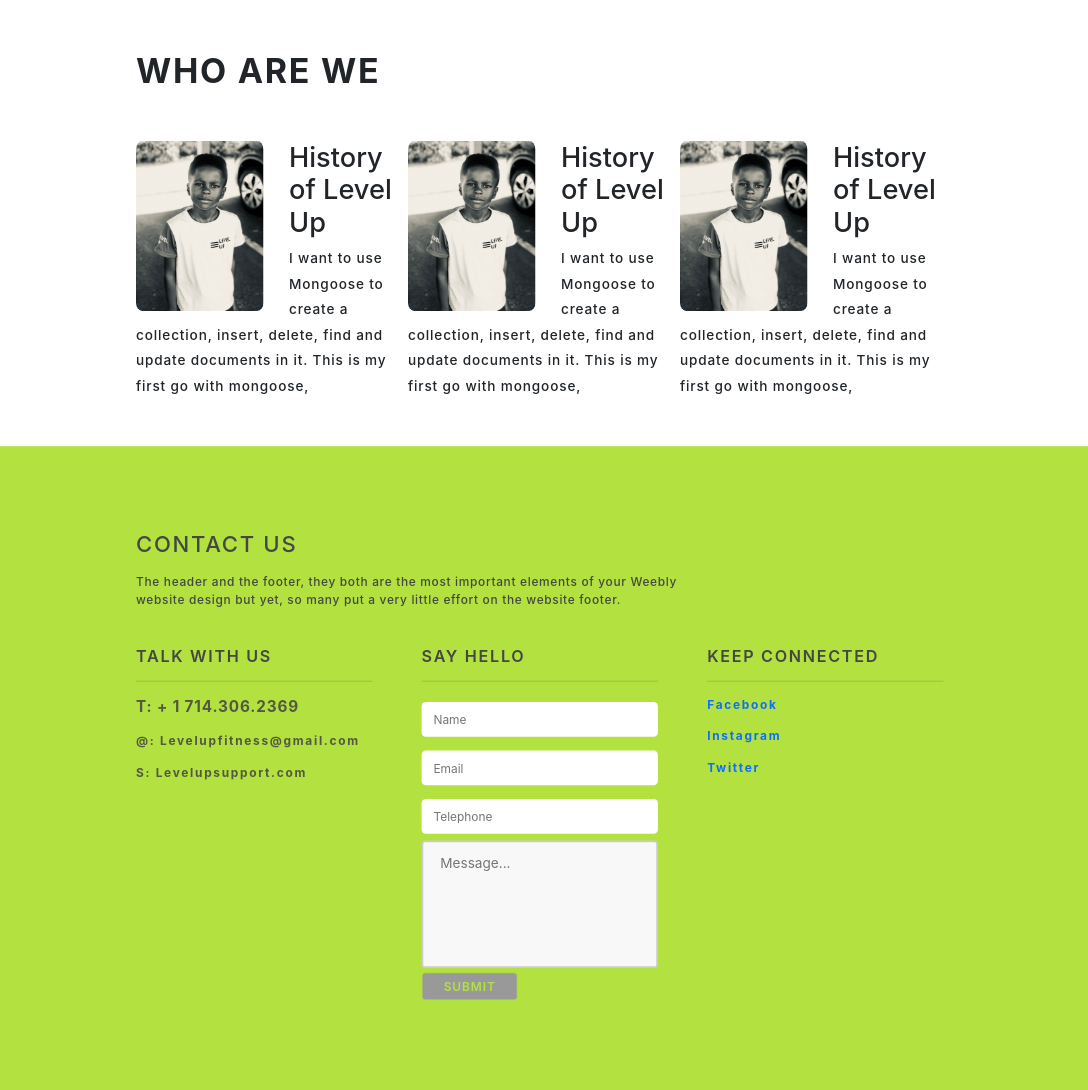
Repository: Bojurie/Level-up
Page: /about (app in client/)
The author's editor kept a copy of each file at every save. The page is drawn from the files as they stood at one save, then again after the next save.
The browser window is 1280 px wide. The pictures show the part of the page from y = 314 to 1596 px (the page is 1596 px tall), at 85% of full size.
Some web fonts or font styles are not loaded; a fallback is used. Some web libraries are served in a nearby version. The project was rebuilt for these pictures with package versions that can differ from the ones it lists, and the page was loaded fresh each time. Also part of the build but not shown: client/src/components/Carousel.js, client/src/components/HomeVlog.css, client/src/components/HomeVlog.js, client/src/components/homeProducts.css, client/src/components/HomeProducts.js, client/src/components/Card.js, client/src/components/HomeShop.css, client/src/components/HomeShop.js and 10 more. Imported but missing from the stored project, and not drawn on this page: client/src/components/Chart.

Above is the page before, as saved 2022-11-30 06:58:46.

### client/public/index.html
<!DOCTYPE html>
<html lang="en">
  <head>
    <meta charset="utf-8" />
    <link rel="icon" href="%PUBLIC_URL%/favicon.ico" />
    <meta name="viewport" content="width=device-width, initial-scale=1" />
    <meta name="theme-color" content="#000000" />
    <meta
      name="description"
      content="Web site created using create-react-app"
    />
    <link rel="apple-touch-icon" href="%PUBLIC_URL%/logo192.png" />
    <link rel="manifest" href="%PUBLIC_URL%/manifest.json" />

    <link rel="preconnect" href="https://fonts.googleapis.com" />
    <link rel="preconnect" href="https://fonts.gstatic.com" crossorigin />
    <link
      href="https://fonts.googleapis.com/css2?family=Asap+Condensed:ital,wght@0,400;0,500;1,400&family=Chivo:wght@300;400&family=Jura:wght@300;400;500;600;700&family=Lato:ital,wght@0,400;0,700;1,400&family=Nunito+Sans:wght@400;600&family=Oswald:wght@300;500;700&family=Playball&family=Roboto:ital,wght@0,400;0,500;1,500&family=Wallpoet&display=swap"
      rel="stylesheet"
    />

    <link
      rel="stylesheet"
      href="https://cdn.jsdelivr.net/npm/bootstrap@5.1.3/dist/css/bootstrap.min.css"
      integrity="sha384-1BmE4kWBq78iYhFldvKuhfTAU6auU8tT94WrHftjDbrCEXSU1oBoqyl2QvZ6jIW3"
      crossorigin="anonymous"
    />
    <script
      src="https://kit.fontawesome.com/5ffdb52964.js"
      crossorigin="anonymous"
    ></script>
    <title>React App</title>
    <script
      src="https://kit.fontawesome.com/5ffdb52964.js"
      crossorigin="anonymous"
    ></script>
  </head>
  <body>
    <noscript>You need to enable JavaScript to run this app.</noscript>
    <div id="root"></div>
    <!--
      This HTML file is a template.
      If you open it directly in the browser, you will see an empty page.

      You can add webfonts, meta tags, or analytics to this file.
      The build step will place the bundled scripts into the <body> tag.

      To begin the development, run `npm start` or `yarn start`.
      To create a production bundle, use `npm run build` or `yarn build`.
    -->
  </body>
</html>

### client/src/App.js
import React from 'react';
// import { BrowserRouter as Router, Route, Routes } from 'react-router-dom';
import { BrowserRouter as Router, Route, Routes} from 'react-router-dom'


import Home from './pages/Home';
import About from './pages/About';
import Shop from './pages/Shop';
import Contact from './pages/Contact';
import Navbar from './components/Navbar';
import Footer from './components/Footer';
import LogIn from './pages/LogIn';
import Register from './pages/Register';
import Chart from './components/Chart';
import Vlog from './pages/Vlog';

import {DataProvider} from './components/Context'


function App() {

  return (
        <Router>
          <DataProvider>
          <Navbar />
          <Routes>
              <Route path='/' element={<Home />} />
              <Route path='/about' element={<About />} />
              <Route path='/contact' element={<Contact />} />
              <Route path='/shop' element={<Shop />} />
              <Route path='/vlog' element={<Vlog />} />
              <Route path='/login' element={<LogIn/>} />
              <Route path='/register' element={<Register />} />
              <Route path='/chart' element={<Chart/>} />
          </Routes>
          <Footer />
          </DataProvider>
        </Router>
  );
}

export default App;

### client/src/pages/About.js
import React from 'react';
import './About.css';

import DarkImage from '../images/IMG_5367.jpg'
import { FormTitle } from '../components/FormTitle';
const imgse = DarkImage;

const About = () => {

  return (
    <div className='about'>
    <FormTitle className="sign-in-form__title" />
      <div className=''>
          <div className='aboutContainer'>
            <h1> Who Are We </h1>
            <div className='aboutContent'>
              <div className='aboutParagraph'>
                <div className='AboutUs-content'>
                    <div className='AboutHistory'>
                        <div className='history-img'>
                            <img src={imgse} alt='img'/>
                        </div>
                        <div className='history-content'>
                          <h2>History of Level Up</h2>
                          <p>I want to use Mongoose to create a collection, insert, delete, find and update documents in it. This is my first go with mongoose,</p>
                        </div>
                    </div>
                    <div className='AboutGoal'>
                        <div className='history-img'>
                            <img src={imgse} alt='img'/>
                        </div>
                        <div className='history-content'>
                          <h2>History of Level Up</h2>
                          <p>I want to use Mongoose to create a collection, insert, delete, find and update documents in it. This is my first go with mongoose,</p>
                        </div>
                    </div>
                    <div className='Aboutproduct'>
                        <div className='history-img'>
                            <img src={imgse} alt='img'/>
                        </div>
                        <div className='history-content'>
                          <h2>History of Level Up</h2>
                          <p>I want to use Mongoose to create a collection, insert, delete, find and update documents in it. This is my first go with mongoose,</p>
                        </div>
                    </div>

                </div>



              </div>
            </div>
          </div>
      </div>
    </div>
  );
}

export default About;

### client/src/components/Navbar.js
import React from 'react';
import { Link } from 'react-router-dom';

import './Navbar.css'
import Logo from '../images/Logo.png'



const Navbar = () => {
  return (
    <nav className='navbar'>
      <div className='navbar-wrapper'>
        <Link to='/' className='logo'>
            <img src={Logo} alt='logo' />
        </Link>
        <ul className='navbar-links'>
            <Link to='/' >Home </Link>
            <Link to='/shop'> Shop</Link>
            <Link to='/Vlog'> V-Log</Link>
            <Link to='/about'> About</Link>
            <Link to='/contact'> Contact</Link>
            <Link to='/login'> Login </Link>
            <Link to='/register'>SignUp</Link>
            <Link to='/chart'><i class="fa-solid fa-cart-shopping"></i></Link>

        </ul>
      </div>

    </nav>
  );
}

export default Navbar;

### client/src/components/Footer.js
import React from 'react';
import { Link } from 'react-router-dom';
  import { FontAwesomeIcon } from '@fortawesome/react-fontawesome'
  import { instagram } from '@fortawesome/free-solid-svg-icons'

import './Footer.css';

const Footer = () => {
  return (
    <div className='footer'>
      <div className='footer-wrapper'>
        <div className='footer-header-wrapper'>
          <div className='footer-header'>
            <h1>Contact Us</h1>
          </div>
          <div className='footer-paragraph'>
            <p>The header and the footer, they both are the most important elements of your Weebly website design but yet, so many put a very little effort on the website footer.</p>
          </div>

        </div>
        <div className='footer-nav-content'>
            <div className='footer-navs-left'>
              <h3>Talk With Us</h3><hr/>
              <div className='footer-contact'>
                <div className='tel'>
                  <p>T: + 1 714.306.2369</p>
                </div>
                <div className='email'>
                  <p>@: Levelupfitness@gmail.com</p>
                </div>
                <div className='support'>
                  <p>S: Levelupsupport.com</p>
                </div>

              </div>

            </div>
            <div className='footer-navs-middle'>
                <h3>Say Hello</h3><hr/>
              <div className='footer-form'>

                  <form className='form'>
                    <input type='text' placeholder=' Name' />
                    <input type='text' placeholder=' Email' />
                    <input type='text' placeholder=' Telephone' />
                    <textarea placeholder='Message...' />
                  </form>
                  <div className='form-btn'>
                    <input type='submit' placeholder='' />
                  </div>

              </div>
            </div>
            <div className='footer-navs-right'>
              <h3>Keep Connected</h3><hr/>
              <div className='social-media'>
                <p><Link to='/'>Facebook</Link></p>
                <p><Link to='/'><FontAwesomeIcon icon="fa-brands fa-instagram" /> Instagram</Link></p>
                <p><Link to='/'>Twitter</Link></p>

              </div>

            </div>
        </div>


      </div>
    </div>
  );
}

export default Footer;

### client/src/pages/About.css
.aboutContainer h1 {
  padding: 20px 0 50px 0;
  text-transform: uppercase;
  font-weight: bold;
  letter-spacing: 2px;
}

.aboutContainer {
  padding: 40px 160px;
}

.aboutParagraph p {
  letter-spacing: 1px;
  line-height: 30px;
  font-weight: 500;
}

.aboutParagraph img {
 width: 150px;
  border-radius: 5%;
  float: left;
  margin: 0 30px 0 0;
}

.AboutUs-content {
  display: flex;
}

### client/src/components/FormTitle.js
import React from "react";
import './FormTitle.css';

export function FormTitle(props) {
  const { className, text } = props;
  return <h1 className={`${className} form-title`}>{text}</h1>;
}

### client/src/components/Navbar.css
.logo img {
  width: 250px;
}

.navbar {
  padding-top: 0;
  display: contents;
}

.navbar-wrapper {
  display: flex;
  /* justify-content: center; */
  align-items: center;
  height: 90px;
  background: #b3e140;
  padding: 0 50px;
  justify-content: space-between;
}

.navbar-links {
  margin-bottom: 0;
}

.navbar-links a {
  font-size: 14px;
  letter-spacing: 2px;
  font-weight: 700;
  text-transform: capitalize;
  margin: 0 10px;
  color: rgb(68, 72, 67);

}

a {
  list-style: none;
  text-decoration: none;
}

### client/src/components/Footer.css
.footer {
  background-color: #b3e140;
      font-size: 14px;
    letter-spacing: 2px;
    font-weight: 700;

    color: rgb(68, 72, 67);
}
.footer-header h1 {
 font-size: 26px;
 text-transform: uppercase;
 letter-spacing: 2px;
}

.footer-navs {
  text-decoration: none;
  list-style-type: none;

}
.footer-navs li{
  padding: 10px 0;
  letter-spacing: 1px;
  text-transform: uppercase;
  font-weight: 600;

}
.footer-wrapper {
  padding: 100px 160px;
}

.footer-contact {



}
.footer-nav-content p {
 color: #424141db;
}
.footer-contact > .tel p{
    font-size: 18px;
    letter-spacing: 1px;

}
.footer-contact > .email p{
    font-size: 14px;
    /* letter-spacing: 2px; */
}
.footer-contact > .support p{
    font-size: 14px;
    letter-spacing: 2px;
}
.footer-paragraph {
  width: 70%;
  letter-spacing: .8px;
  font-weight: 500;
  padding: 10px 0;
}
.footer-wrapper h3{
 text-transform: uppercase;
 letter-spacing: 2px;
 font-size: 19px;
 font-weight: 600;

}

.footer-nav-content {
  display: flex;
  justify-content: space-between;
}



.footer-navs-left,
.footer-navs-middle,
.footer-navs-right{

  padding: 20px 10px 0 0;
  border-radius: 10px;
}

.footer-form {
  background-color: none !important;
}

/* footer Left section */
.footer-navs-left {
  width: 30%;
}

/* footer Middle section */
.footer-navs-middle {
 width: 30%;
}

.form {
  display: grid;
}
.form input {
  padding: 10px ;
  margin: 8px 0;
  border-radius: 5px;
  border: none;
}
.form input:focus {
  border: none;
}

.form textarea {
   width: 100%;
  height: 150px;
  padding: 12px 20px;
  box-sizing: border-box;
  border: 2px solid #ccc;
  border-radius: 4px;
  background-color: #f8f8f8;
  font-size: 16px;
  resize: none;
}
.form input:active {

  border: 1px solid rgb(241, 234, 234);

}
.form-btn {

}
.form-btn input {
     padding: 5px 25px;
    margin: 5px 0;
    border-radius: 4px;
    background-color: #999999;
    border: 1px solid  #b3e140;
    color: #b3e140;
    letter-spacing: 1.1px;
    font-weight: 600;
    text-transform: uppercase;
}

.footer-navs-right {
  width: 30%;
}

### client/src/components/Carousel.css
 .d-block {
   width: 100%;
   /* object-fit: cover; */
   /* object-position: 50% 50%; */
   /* background-size: contain;
   background-repeat: no-repeat; */
 }


 img {

   max-width: 100%;
   max-height: 100%;
   object-fit: cover;
   background-repeat: no-repeat;
 }

 .carousel-item img {
   width: 1000px;
   height: 500px;
 }

 .carousel-caption {
   top: 50%;
 }

 .carousel {
   object-fit: contain;
 }

### client/src/components/FormTitle.css
.form-title {
  font-size: 3rem;
  font-weight: 700;
  line-height: 2rem;
  margin: auto 0;
  color: white;
  background-image: url('https://images.unsplash.com/photo-1581397867105-8c988bd747e6?ixlib=rb-4.0.3&ixid=MnwxMjA3fDB8MHxwaG90by1wYWdlfHx8fGVufDB8fHx8&auto=format&fit=crop&w=1170&q=80') ;
    background-repeat: no-repeat;
  background-position: center;
  background-size: cover;
  padding: 7rem 0 7rem 10rem;
  letter-spacing: 5px;
  text-transform: uppercase;
  display: flex;
  justify-content: flex-start;

}
.form-title h1{


}


.shopForm-title {
 font-size: 3rem;
  font-weight: 700;
  line-height: 2rem;
  letter-spacing: 5px;
  text-transform: uppercase;
  display: flex;
  margin: auto 0;
   background-image: url('https://images.unsplash.com/photo-1581397867105-8c988bd747e6?ixlib=rb-4.0.3&ixid=MnwxMjA3fDB8MHxwaG90by1wYWdlfHx8fGVufDB8fHx8&auto=format&fit=crop&w=1170&q=80') ;
    background-repeat: no-repeat;
  background-position: center;
  background-size: cover;

  padding: 7rem 0 7rem 10rem;
  justify-content: flex-start;

}
.FormTitleLogin-title {
  font-size: 3rem;
  font-weight: 700;
  line-height: 2rem;
  padding: 6rem 0;
  letter-spacing: 5px;
  text-transform: uppercase;
  display: flex;
  justify-content: center;
  margin: auto 0;
   background-image: url('https://images.unsplash.com/photo-1609770231080-e321deccc34c?ixlib=rb-4.0.3&ixid=MnwxMjA3fDB8MHxwaG90by1wYWdlfHx8fGVufDB8fHx8&auto=format&fit=crop&w=765&q=80') ;
    background-repeat: no-repeat;
  background-position: center;
  background-size: cover;

}
.ContactForm-title {
 /* font-size: 3rem;
  font-weight: 700;
  line-height: 2rem;
  text-transform: uppercase; */
  display: flex;
  margin: auto 0;
   background-image: url('https://images.unsplash.com/photo-1587560699334-bea93391dcef?ixlib=rb-4.0.3&ixid=MnwxMjA3fDB8MHxwaG90by1wYWdlfHx8fGVufDB8fHx8&auto=format&fit=crop&w=1170&q=80') ;
    background-repeat: no-repeat;

 padding: 7rem 0 7rem 10rem;
  letter-spacing: 5px;
  justify-content: flex-start;

}
.RegisterForm-title {
  font-size: 3rem;
  font-weight: 700;
  line-height: 2rem;
  padding: 6rem 0;
  letter-spacing: 5px;
  text-transform: uppercase;
  display: flex;
  justify-content: center;
  margin: auto 0;
   background-image: url('https://images.unsplash.com/photo-1563906267088-b029e7101114?ixlib=rb-4.0.3&ixid=MnwxMjA3fDB8MHxwaG90by1wYWdlfHx8fGVufDB8fHx8&auto=format&fit=crop&w=1170&q=80') ;
    background-repeat: no-repeat;
  /* background-position: bottom; */
  /* background-size: cover; */
    /* background-attachment: */


}
.VlogForm_title h1{


}
.VlogForm_title {
  /* font-size: 3rem;
  font-weight: 700;
  line-height: 2rem; */
  padding: 7rem 0 7rem 10rem;
  letter-spacing: 5px;
  text-transform: uppercase;
  display: flex;
  justify-content: flex-start;
  margin: auto 0;
   background-image: url('https://images.unsplash.com/photo-1440778303588-435521a205bc?ixlib=rb-4.0.3&ixid=MnwxMjA3fDB8MHxwaG90by1wYWdlfHx8fGVufDB8fHx8&auto=format&fit=crop&w=1470&q=80') ;
    background-repeat: no-repeat;
  background-position: center;
  background-size: cover;

}

@media screen and (max-width: 414px) {
  .form-title {
    padding: 4rem 1rem;

  }

}

### client/src/components/auth/LoginForm.css
.loginForm-wrapper {
  text-align: center;
    justify-content: center;
    width: 600px;
    margin: auto;
    padding: 90px 0;

}
.login-header {
  text-transform: uppercase;
  letter-spacing: 2px;
  font-weight: 600;
}


form {
  display: grid;
}

.loginForm-header {
  font-size: 20px;
}

.loging
form input {
  margin: 5px 0;
  padding: 10px;
  border-radius: 10px;
  border: 1px solid white;
  background-color: rgba(243, 247, 255, 0.715) !important;
}
form input:focus{
  border: 2px solid green;
}
form > .loginBtn > input{
  padding: 8px;
  width: 100%;
  background-color:#999999!important;
  color: #ccf368;
  font-weight: 700;
  border: none;
  margin:5px 0 ;
  font-size: 20px;
  letter-spacing: 3px;
}

### client/src/components/auth/registerForm.css

.registerForm-wrapper {
  text-align: center;
    justify-content: center;
    width: 600px;
    margin: auto;
    padding: 90px 0;

}
.login-header {
  text-transform: uppercase;
  letter-spacing: 2px;
  font-weight: 600;
}


form {
  display: grid;
}

.loginForm-header {
  font-size: 20px;
}

.register
form input {
  margin: 5px 0;
  padding: 10px;
  border-radius: 10px;
  border: 1px solid white;

}
form input:focus{
  border: 2px solid green;
}
form > .loginBtn > input{
  padding: 8px;
  width: 100%;
  background-color: #b3e140 !;
  border: none;
  margin:5px 0 ;
}

Loaded but not shown: client/src/index.js (common file); client/src/index.css (common file); client/src/components/Context.js (77 lines, source omitted)

After the next save:
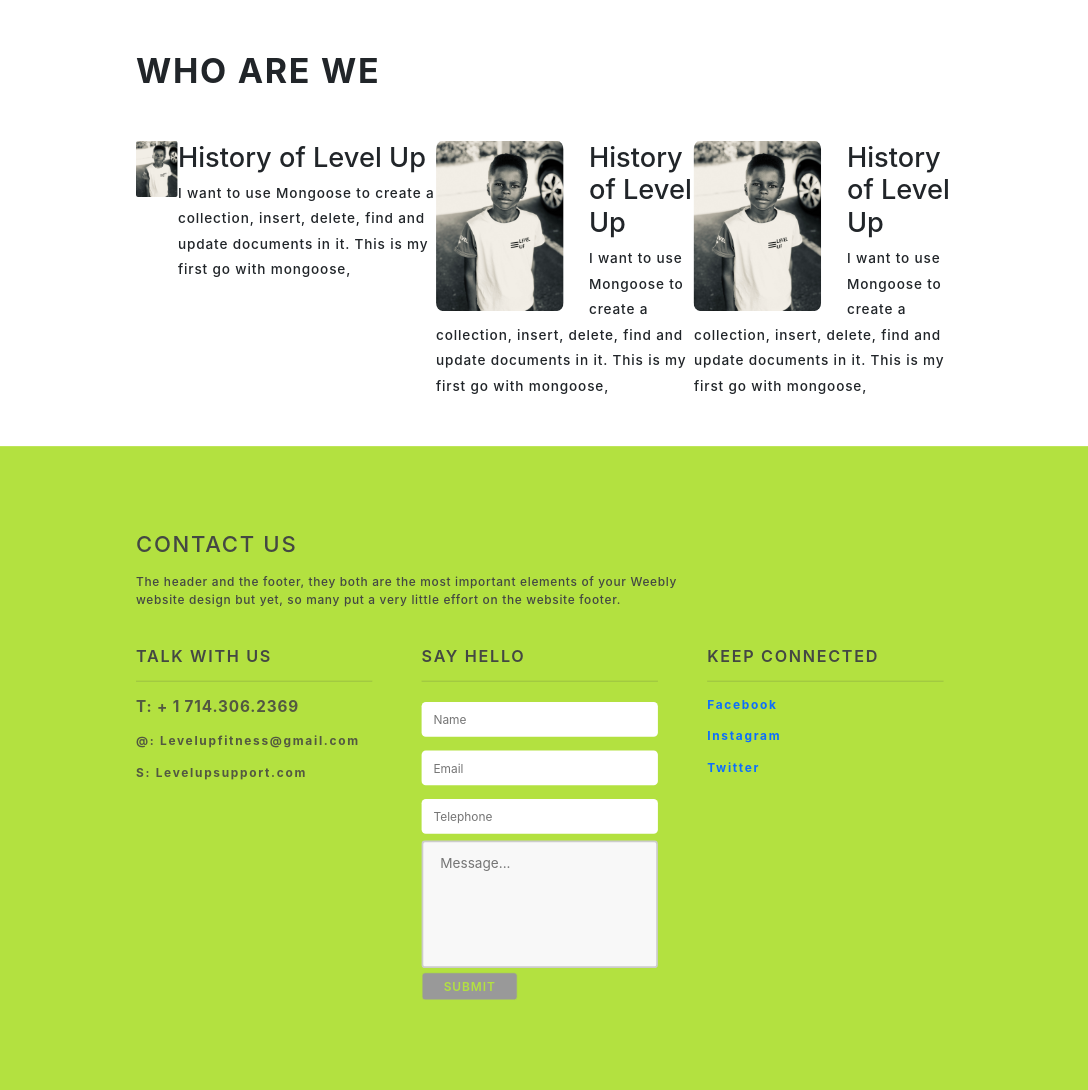
Saved 56 s later.
--- a/client/src/pages/About.css
+++ b/client/src/pages/About.css
@@ -25,3 +25,7 @@
 .AboutUs-content {
   display: flex;
 }
+
+.AboutHistory {
+  display: flex;
+}

After the save that followed:
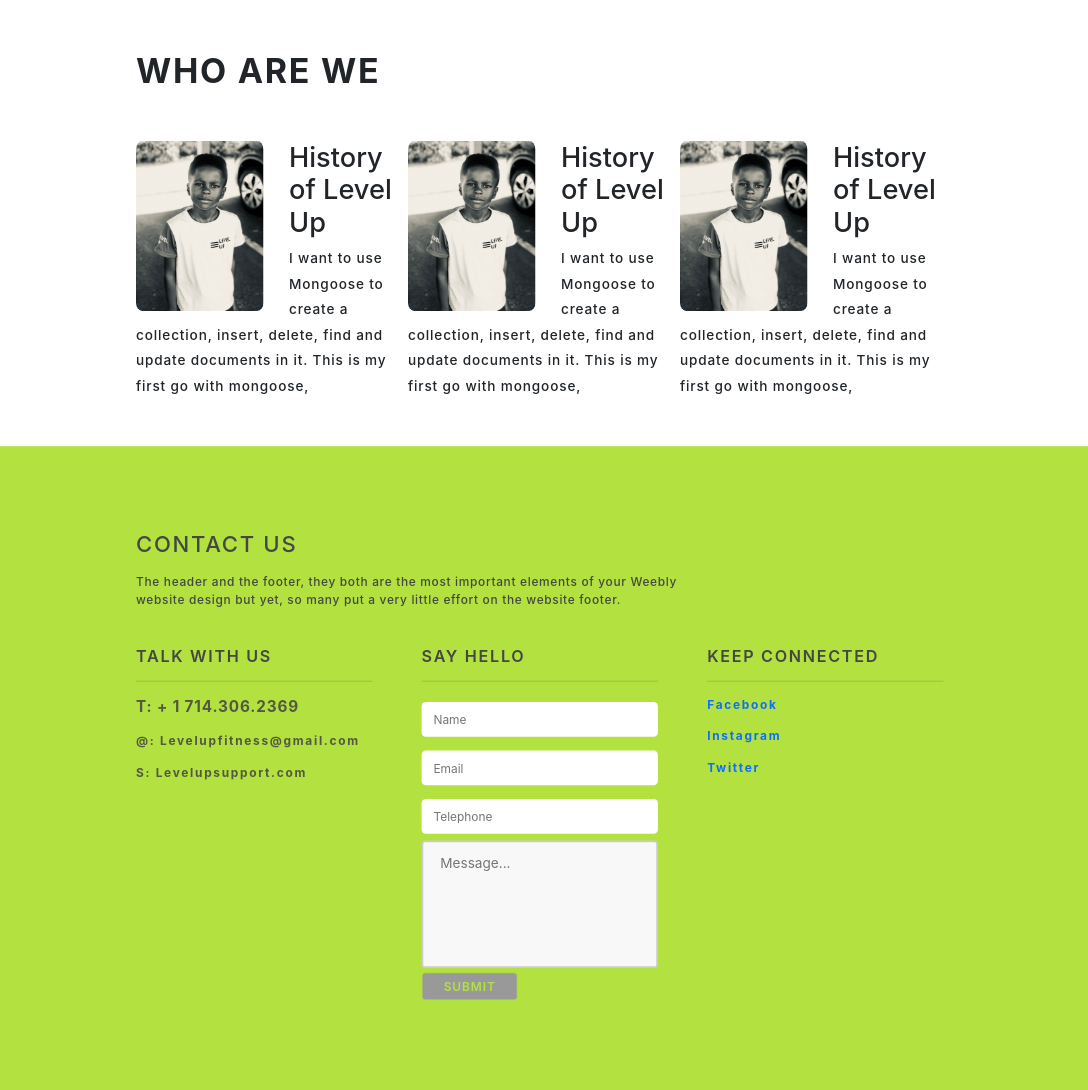
Saved 15 s later.
--- a/client/src/pages/About.css
+++ b/client/src/pages/About.css
@@ -27,5 +27,5 @@
 }
 
 .AboutHistory {
-  display: flex;
+
 }
